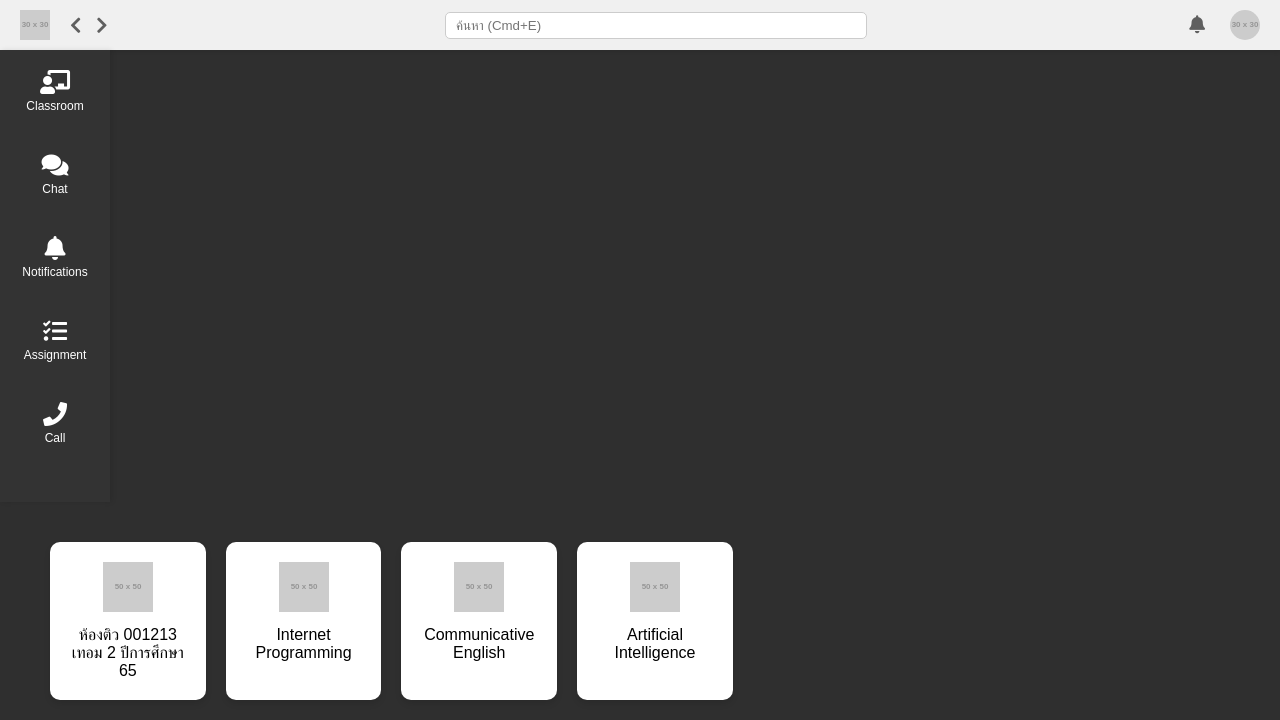
Repository: praifas16/ProPro
Page: docs/studenthead.html
The author's editor kept a copy of each file at every save. The page is drawn from the files as they stood at one save, then again after the next save.
The browser window is 1280 px wide. The pictures show the whole page.

Above is the page before, as saved 2024-08-21 20:51:56.

### docs/studenthead.html
<!DOCTYPE html>
<html lang="th">
  <head>
    <link rel="stylesheet" href="https://cdnjs.cloudflare.com/ajax/libs/font-awesome/5.15.4/css/all.min.css">
    <meta charset="UTF-8" />
    <meta name="viewport" content="width=device-width, initial-scale=1.0" />
    <title>My Dashboard</title>
    <style>
      body {
        font-family: Arial, sans-serif;
        margin: 0;
        padding: 0;
        background-color: #2f2f2f;
        display: flex;
        flex-direction: column;
        height: 100vh;
      }

      /* แถบเมนูด้านบน */
      .topbar {
        background-color: #f0f0f0;
        padding: 10px 20px;
        display: flex;
        align-items: center;
        justify-content: space-between;
        box-shadow: 0px 2px 4px rgba(0, 0, 0, 0.1);
      }

      .topbar .left-section {
        display: flex;
        align-items: center;
      }

      .topbar .left-section .logo {
        display: flex;
        align-items: center;
        margin-right: 20px;
      }

      .topbar .left-section .logo img {
        width: 30px;
        height: 30px;
      }

      .topbar .left-section .navigation {
        display: flex;
        align-items: center;
      }

      .topbar .left-section .navigation i {
        font-size: 18px;
        color: #5f5f5f;
        margin-right: 15px;
        cursor: pointer;
      }

      .topbar .search-bar {
        flex-grow: 1;
        display: flex;
        justify-content: center;
      }

      .topbar .search-bar input {
        width: 400px;
        padding: 5px 10px;
        border-radius: 5px;
        border: 1px solid #ccc;
        background-color: #fff;
        color: #333;
      }

      .topbar .user-section {
        display: flex;
        align-items: center;
      }

      .topbar .user-section img {
        width: 30px;
        height: 30px;
        border-radius: 50%;
        margin-left: 10px;
      }

      .topbar .user-section .notification {
        margin-right: 15px;
        position: relative;
        font-size: 18px;
        color: #5f5f5f;
        cursor: pointer;
      }

      /* เมนูแถบข้าง */
      .sidebar {
        width: 70px;
        background-color: #333;
        color: white;
        height: calc(100vh - 60px); /* Adjusted to take into account the topbar height */
        padding: 20px 20px;
        box-shadow: 2px 0 5px rgba(0, 0, 0, 0.1);
        display: flex;
        flex-direction: column;
        align-items: center;
      }

      .menu-items {
        margin-top: -10px; /* ขยับเมนูขึ้นไปด้านบน */
      }

      .sidebar a {
        display: flex;
        flex-direction: column;
        align-items: center;
        color: white;
        padding: 10px;
        text-decoration: none;
        margin-bottom: 20px;
        font-size: 12px;
        text-align: center;
      }

      .sidebar a:hover {
        background-color: #5f5f5f;
        border-radius: 4px;
        width: 80%;
        text-align: center;
      }

      .sidebar i {
        font-size: 24px;
        margin-bottom: 5px;
      }

      /* โครงสร้างหน้าเว็บหลัก */
      .main-content {
        flex-grow: 1;
        padding: 10px 20px 20px 50px; /* ลด padding-top เพื่อขยับขึ้น */
      }

      .container {
        display: grid;
        grid-template-columns: repeat(auto-fill, minmax(150px, 1fr));
        gap: 20px;
        padding-top: 30px; /* ปรับ padding-top ของ container */
      }

      .card {
        background-color: #ffffff;
        border-radius: 10px;
        box-shadow: 0 4px 6px rgba(0, 0, 0, 0.1);
        text-align: center;
        padding: 20px;
        transition: transform 0.3s;
      }

      .card:hover {
        transform: scale(1.05);
      }

      .card img {
        width: 50px;
        height: 50px;
        margin-bottom: 10px;
      }

      .card p {
        margin: 0;
        font-size: 16px;
      }
    </style>
  </head>
  <body>
    <!-- แถบเมนูด้านบน -->
    <div class="topbar">
      <div class="left-section">
        <div class="logo">
          <img src="https://via.placeholder.com/30" alt="Logo" />
        </div>
        <div class="navigation">
          <i class="fas fa-chevron-left"></i>
          <i class="fas fa-chevron-right"></i>
        </div>
      </div>
      <div class="search-bar">
        <input type="text" placeholder="ค้นหา (Cmd+E)" />
      </div>
      <div class="user-section">
        <div class="notification">
          <i class="fa fa-bell"></i>
        </div>
        <img src="https://via.placeholder.com/30" alt="User Avatar" />
      </div>
    </div>

    <!-- เมนูแถบข้าง -->
    <div class="sidebar">
      <div class="menu-items">
        <a href="#"
          ><i class="fa fa-chalkboard-teacher"></i><span>Classroom</span></a
        >
        <a href="#"><i class="fa fa-comments"></i><span>Chat</span></a>
        <a href="#"><i class="fa fa-bell"></i><span>Notifications</span></a>
        <a href="#"><i class="fa fa-tasks"></i><span>Assignment</span></a>
        <a href="#"><i class="fa fa-phone"></i><span>Call</span></a>
      </div>
    </div>

    <!-- เนื้อหาหลัก -->
    <div class="main-content">
      <div class="container">
        <div class="card">
          <img src="https://via.placeholder.com/50" alt="icon" />
          <p>ห้องติว 001213 เทอม 2 ปีการศึกษา 65</p>
        </div>
        <div class="card">
          <img src="https://via.placeholder.com/50" alt="icon" />
          <p>Internet Programming</p>
        </div>
        <div class="card">
          <img src="https://via.placeholder.com/50" alt="icon" />
          <p>Communicative English</p>
        </div>
        <div class="card">
          <img src="https://via.placeholder.com/50" alt="icon" />
          <p>Artificial Intelligence</p>
        </div>
        <!-- เพิ่มเติม Card อื่น ๆ ตามต้องการ -->
      </div>
    </div>
  </body>
</html>

After the next save:
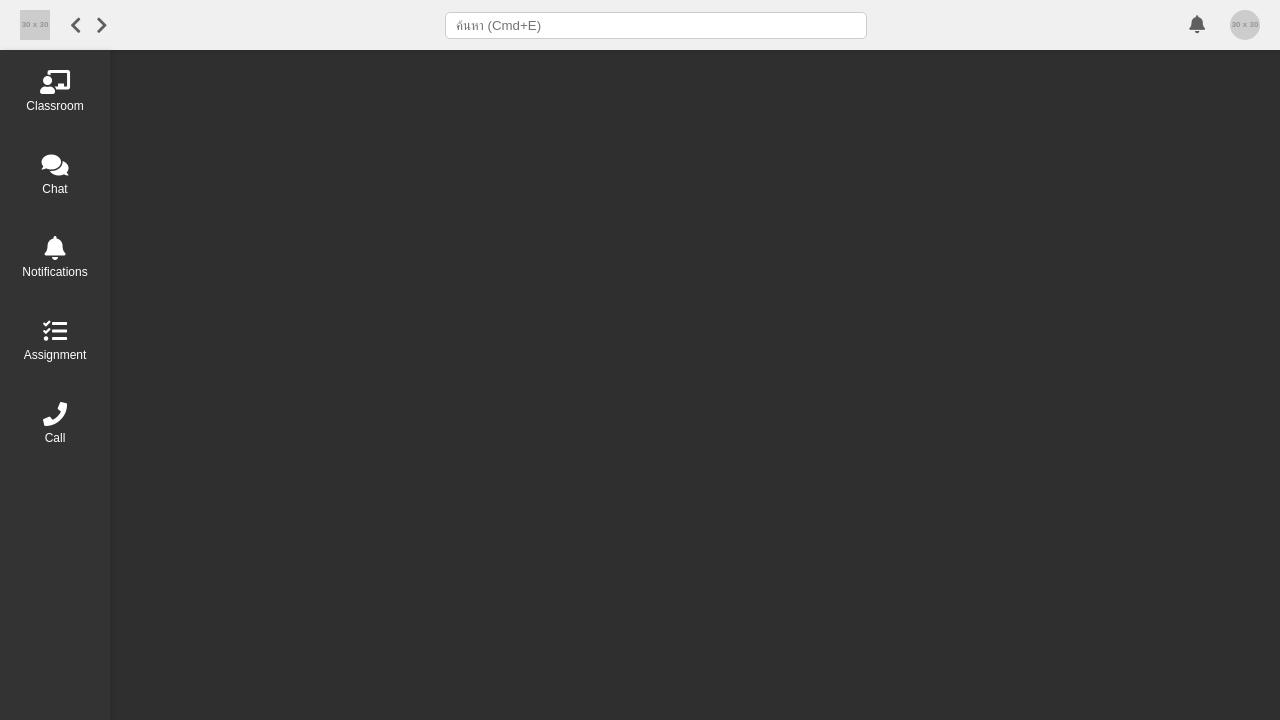
Saved 24 s later.
--- a/docs/studenthead.html
+++ b/docs/studenthead.html
@@ -203,28 +203,5 @@
         <a href="#"><i class="fa fa-phone"></i><span>Call</span></a>
       </div>
     </div>
-
-    <!-- เนื้อหาหลัก -->
-    <div class="main-content">
-      <div class="container">
-        <div class="card">
-          <img src="https://via.placeholder.com/50" alt="icon" />
-          <p>ห้องติว 001213 เทอม 2 ปีการศึกษา 65</p>
-        </div>
-        <div class="card">
-          <img src="https://via.placeholder.com/50" alt="icon" />
-          <p>Internet Programming</p>
-        </div>
-        <div class="card">
-          <img src="https://via.placeholder.com/50" alt="icon" />
-          <p>Communicative English</p>
-        </div>
-        <div class="card">
-          <img src="https://via.placeholder.com/50" alt="icon" />
-          <p>Artificial Intelligence</p>
-        </div>
-        <!-- เพิ่มเติม Card อื่น ๆ ตามต้องการ -->
-      </div>
-    </div>
   </body>
 </html>
